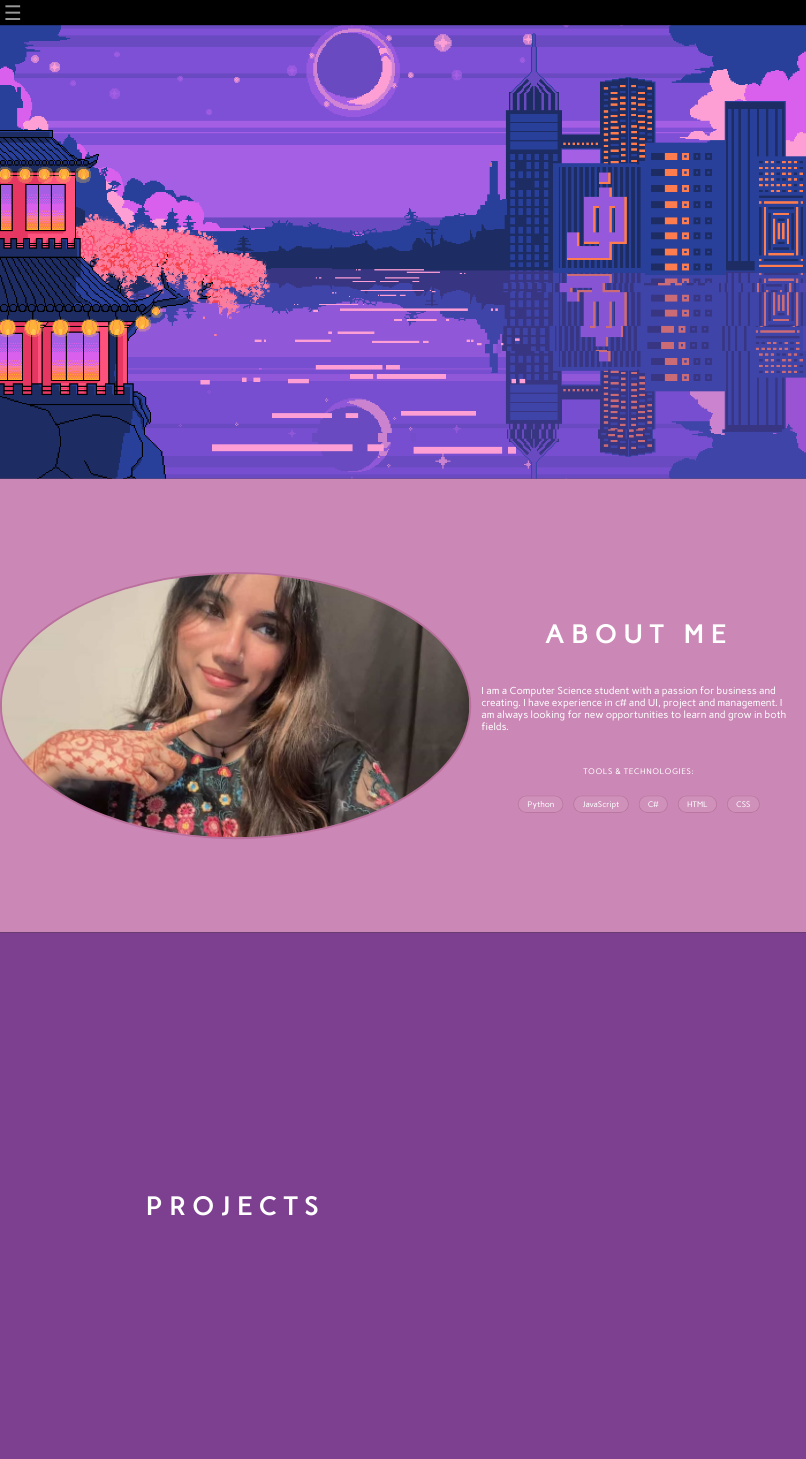
Repository: Rameen-A/Rameen-A
Page: index.html
An editor plug-in stored every save of this project. The page is shown before and after the next save, followed by the edit.
The browser window is 1280 px wide. The pictures show the whole page, at 63% of full size.

Above is the page before, as saved 2026-05-05 14:32:57.

### index.html
<!DOCTYPE html>
<html lang="en">
  <head>
    <meta charset="UTF-8" />
    <meta name="viewport" content="width=device-width, initial-scale=1.0" />
    <title>My Portfolio Project</title>
    <link rel="stylesheet" href="styles/globals.css" />
    <link rel="stylesheet" href="styles/index.css" />
  </head>
  <body>
    <nav class="sidebar">
      <button class="menu-button">☰</button>
      <ul class="menu">
        <li><a href="#about">About me</a></li>
        <li><a href="#projects">View Projects</a></li>
        <li><a href="#contact">My Info </a></li>
      </ul>
    </nav>
    <!-- Hero Section -->
    <section class="hero">
      <article>
        <h1>Rameen Amir</h1>
        <h3>Computer Science student | Business Artist</h3>
        <a href="#projects">View Projects</a>
      </article>
    </section>
    <!-- About Me Section -->
    <section class="about" id="about">
      <img
        src="assets/images/686415663_1672869123865112_6993977710073232581_n.jpg"
        alt="Profile Picture"
      />
      <div class="about-content">
        <h2 class="aboutMe">About Me</h2>
        <p>
          I am a Computer Science student with a passion for business and
          creating. I have experience in c# and UI, project and management. I am
          always looking for new opportunities to learn and grow in both fields.
        </p>
        <p class="tools-labels">Tools & Technologies:</p>
        <ul class="tools-list">
          <li>Python</li>
          <li>JavaScript</li>
          <li>C#</li>
          <li>HTML</li>
          <li>CSS</li>
        </ul>
      </div>
    </section>
    <!-- Projects Section -->
    <section class="projects" id="projects">
      <h2>Projects</h2>
      <div class="cards">
        <article class="card">
          <h3>Pac-man game</h3>
          <p>
            A console PacMan style game built in C# for Programming 1. Features
            a live timer, score tracking, high score system, and a main menu
            rendered entirely in the terminal.
          </p>
          <p class="tech">C# · .NET · Console</p>
          <a href="" target="_blank">View Code</a>
        </article>
        <article class="card">
          <h3>Trash Sorting AI</h3>
          <p>
            A machine learning model trained on Teachable Machine to classify
            garbage into 4 categories: glass, plastic, paper, and metal.
            Integrated with a p5.js web app that sends predictions to a
            Raspberry Pi Pico via serial, lighting up different LEDs based on
            the result.
          </p>
          <p class="tech">
            Teachable Machine · p5.js · Arduino · Raspberry Pi Pico
          </p>
          <a href="" target="_blank">View Project</a>
        </article>
      </div>
    </section>
    <!-- Contact Section -->
     <section class="contact">


     </section>
  </body>
  <script>
    const button = document.querySelector(".menu-button");
    const menu = document.querySelector(".menu");
    const links = document.querySelectorAll(".menu a");

    button.addEventListener("click", () => {
      menu.classList.toggle("show");
    });

    links.forEach((link) => {
      link.addEventListener("click", () => {
        menu.classList.remove("show");
      });
    });
  </script>
</html>

### styles/globals.css
/* FONT DEFS */
@font-face {
    font-family: "main font";
    src: url(../assets/fonts/Carme/Carme-Regular.ttf);
  }

  /* CROSS PAGE STYLES */
  body {
    color: white;
    font-family: "main font", Verdana, sans-serif;
    margin:auto;
  }

  h1 {
    font-weight: bold;
    text-transform: uppercase;
    font-size: 1.5rem;
  }

  a {
    text-decoration: none;
    color: white;
    font-size: 0.75rem;
  }
  ul {
    list-style: none;
    padding: 0;
    margin: 0;
  }
a:hover{
    text-decoration: underline;

}

### styles/index.css
body {
  margin: 0;
  top: 0;
  background-color: black;
}

.hero {
  display: flex;
  align-items: center;
  justify-content: center;
  text-align: center;
  height: 100vh;

  background-image: url(../assets/images/9a61269bd961543ec7b161a66536ad3a.gif);
  background-size: cover;
  background-position: center;
  background-repeat: no-repeat;
}

section a {
  border: 2px solid white;
  padding: 0.5rem; /* rem for padding/margin */
  border-radius: 20px; /* px fine for offsets */
}

article {
  opacity: 0;
  transition: opacity 0.5s ease-in;
}
/*menu bar */
.menu {
  position: fixed;
  top: 0;
  left: -250px;
  width: 200px;
  height: 100vh;
  background: rgba(0, 0, 0, 0.9);

  display: flex;
  flex-direction: column;
  padding-top: 5rem;
}

.menu.show {
  left: 0;
  transition: left 0.3s ease;
}
.menu-button {
  opacity: 0.6;
  font-size: 2rem;

  background: transparent;
  border: none;
  outline: none;

  color: white;
  cursor: pointer;
}

/*about me section */
.about {
  display: flex;
  align-items: center;
  justify-content: center;
  min-height: 100vh;
  text-align: center;

  background-color: rgb(203, 135, 181);
}
.about h2 {
  font-size: 1.75rem;
  margin-bottom: 1rem;
  letter-spacing: 0.3em;
  text-transform: uppercase;
}
.about-content {
  display: flex;
  flex-direction: column;
  align-items: center;
  gap: 1.5rem;
  margin: 0 1rem;
  max-width: 500px;
  text-align: left;
}
.about img {
  object-fit: cover; /*internet */
  border-radius: 50%;
  display: inline-block;
  vertical-align: middle;
  border: 3px solid rgba(118, 20, 57, 0.2);
  width: auto;
  height: auto;
  overflow: hidden;
}
.about-list li {
  font-size: 0.95rem;
  line-height: 1.5;
}

.tools-labels {
  font-size: 0.8rem;
  text-transform: uppercase;
  letter-spacing: 0.08em;
  text-align: left;
  margin-bottom: 0.5rem;
}
.tools-list {
  display: flex;
  flex-wrap: wrap; /* allows items to wrap / internet*/
  gap: 1rem;
  text-align: left;
}
.tools-list li {
  background-color: rgba(255, 252, 252, 0.08);
  border: 1px solid rgba(82, 4, 35, 0.2);
  border-radius: 20px;
  padding: 0.3rem 0.85rem;
  font-size: 0.8rem;
}
/*PROJECTS*/
.projects {
  display: flex;
  justify-content: center;
  min-height: 100vh;
  background-color: rgb(125, 64, 144);
  align-items: center;
  padding-top: 4rem;
  padding-bottom: 3rem;
}
.projects h2 {
  font-size: 1.75rem;
  margin-bottom: 1rem;
  letter-spacing: 0.3em;
  text-transform: uppercase;

}

.cards {
  display: flex;
  flex-direction: column;
  gap: 1.5rem;
  align-items: center;
  margin: 0 1rem;
  max-width: 500px;
  text-align: left;

}
.card {
  background-color: #e18de1;
  border: 1px solid rgba(230, 216, 225, 0.1);
  border-radius: 10px;
  padding: 1.5rem;
  text-align: left;
  display: flex;
  flex-direction: column;
  align-items: center;
  gap: 1.5rem;
  margin: 0 1rem;
  max-width: 500px;

}

.card:hover {
  border-color: rgba(180, 26, 26, 0.4);
}

.card h3 {
  font-size: 1.1rem;
  margin-bottom: 0.5rem;
}

.card p {
  font-size: 0.9rem;
  line-height: 1.6;
  opacity: 0.8;
  margin: 0 0 0.5rem 0;
}

.card .tech {
  font-size: 0.75rem;
  opacity: 0.5;
  margin: 0.75rem 0;
}

.card a {
  display: inline-block;
  border: 1px solid rgb(244, 239, 242);
  padding: 0.4rem 1rem;
  border-radius: 20px;
  font-size: 0.8rem;
  margin-top: 0.5rem;
}

.card a:hover {
  background-color: rgb(247, 235, 235);
  color: #0a1628;
  text-decoration: none;
}

section:hover article {
  opacity: 1;
}

/* nav mods */
nav {
  position: sticky;
  top: 0;
}

nav ul {
  display: flex;
  justify-content: flex-end;
  margin: 0;
}

nav ul li {
  list-style: none;
  margin: 1rem;
}

/*mobile-first */

nav ul {
  justify-content: center;
}
@media (min-width: 768px) {
  .about h2,
  .projects h2 {
    font-size: 2.5rem;
  }
}

/*Tablet and desktop support*/
@media (min-width: 768px) {
  nav ul {
    justify-content: flex-end;
  }
}

After the next save:
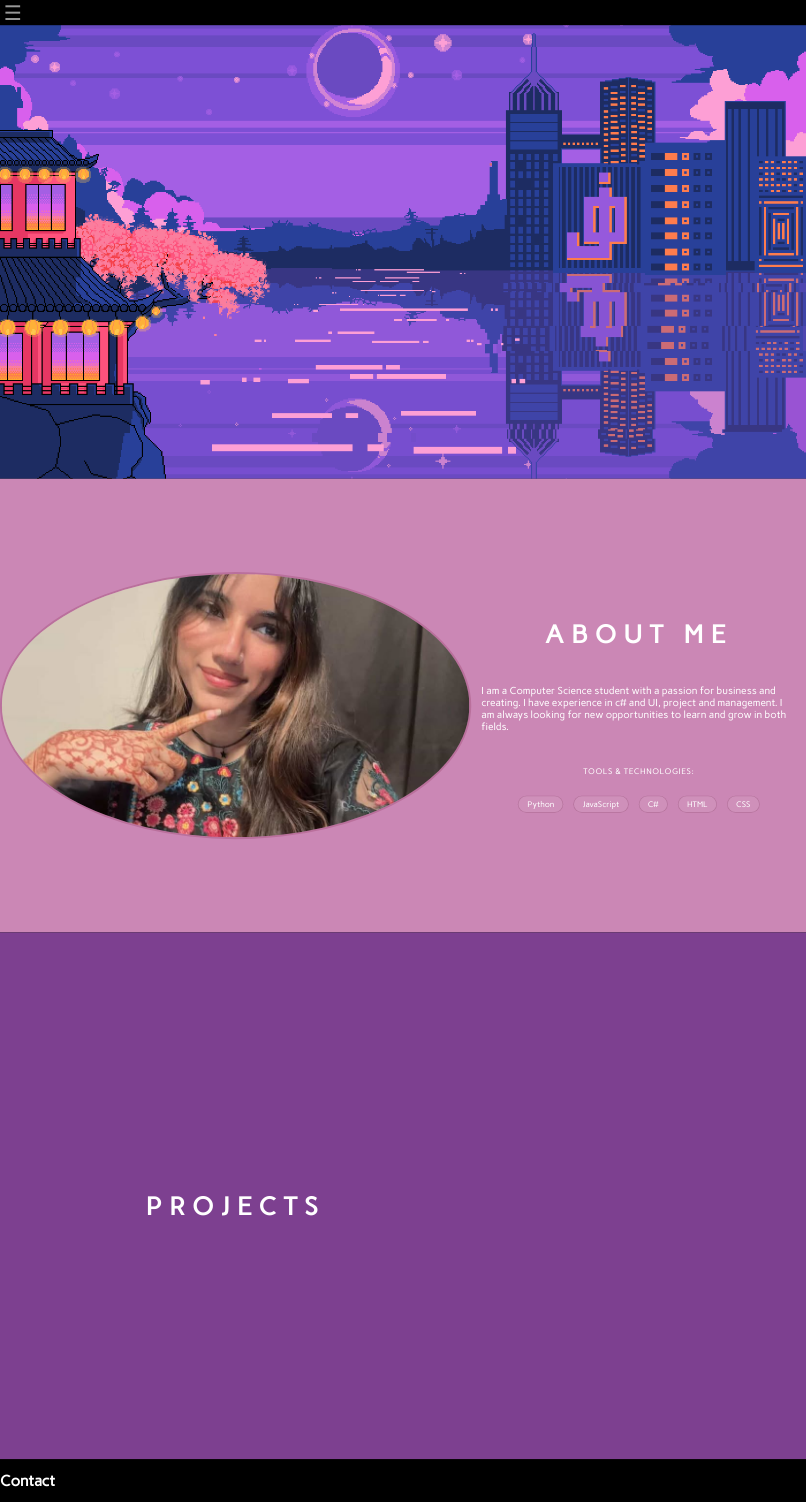
Saved 107 s later.
--- a/index.html
+++ b/index.html
@@ -78,10 +78,9 @@
       </div>
     </section>
     <!-- Contact Section -->
-     <section class="contact">
-
-
-     </section>
+    <section class="contact">
+      <h2 id="contact">Contact</h2>
+    </section>
   </body>
   <script>
     const button = document.querySelector(".menu-button");
